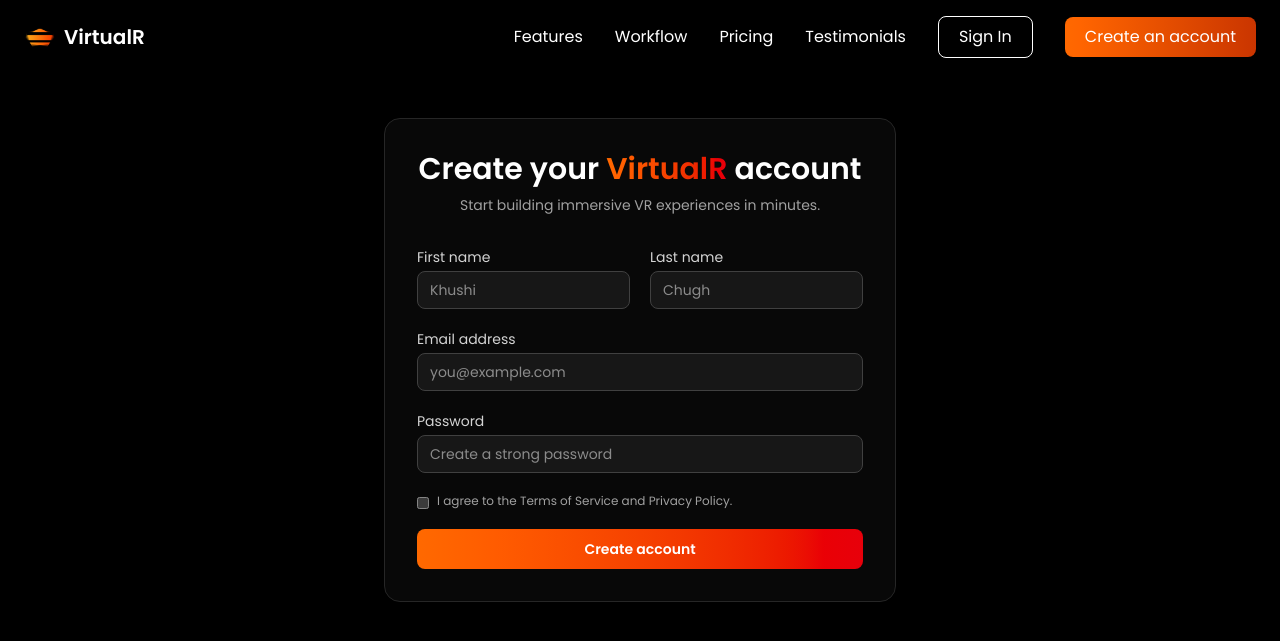
Repository: Khushichugh14/Virtualab
Page: /create-account
An editor plug-in stored every save of this project. The page is shown before and after the next save, followed by the edit.
The browser window is 1280 px wide. The pictures show the whole page.
The project was rebuilt for these pictures with package versions that can differ from the ones it lists, and the page was loaded fresh each time. Also part of the build but not shown: vite.config.js, src/pages/StartFree.jsx, src/pages/Documentation.jsx, src/pages/SignIn.jsx, src/components/HeroSection.jsx, src/components/FeatureSection.jsx, src/components/Workflow.jsx, src/components/Pricing.jsx and 3 more. Imported but missing from the stored project, and not drawn on this page: src/assets/video1.mp4, src/assets/video2.mp4.

Above is the page before, as saved 2025-12-10 12:24:33.

### index.html
<!doctype html>
<html lang="en">
  <head>
    <meta charset="UTF-8" />
    <link rel="icon" type="image/svg+xml" href="/vite.svg" />
    <meta name="viewport" content="width=device-width, initial-scale=1.0" />
    <title>virtular</title>
  </head>
  <body>
    <div id="root"></div>
    <script type="module" src="/src/main.jsx"></script>
  </body>
</html>

### src/main.jsx
import React from "react";
import ReactDOM from "react-dom/client";
import App from "./App";
import { BrowserRouter } from "react-router-dom";
import "./index.css";
import { Toaster } from "react-hot-toast";

ReactDOM.createRoot(document.getElementById("root")).render(
  <React.StrictMode>
    <BrowserRouter>
      <App />
       <Toaster position="top-right" />
    </BrowserRouter>
  </React.StrictMode>
);

### src/App.jsx
// App.jsx
import Navbar from "./components/Navbar";

import StartFree from "./pages/StartFree";
import Documentation from "./pages/Documentation";
import CreateAccount from "./pages/CreatAccount";
import SignIn from "./pages/SignIn";

import { Routes, Route } from "react-router-dom";
import HomePage from "./pages/HomePage";

const App = () => {
  return (
    <>
      <Navbar />

      <Routes>
        {/* Landing page */}
        <Route path="/" element={<HomePage />} />

        {/* Other pages */}
        <Route path="/start-free" element={<StartFree />} />
        <Route path="/documentation" element={<Documentation />} />
        <Route path="/create-account" element={<CreateAccount />} />
        <Route path="/signin" element={<SignIn />} />
      </Routes>
    </>
  );
};

export default App;

### src/index.css
@import url('https://fonts.googleapis.com/css2?family=Poppins:ital,wght@0,100;0,200;0,300;0,400;0,500;0,600;0,700;0,800;0,900;1,100;1,200;1,300;1,400;1,500;1,600;1,700;1,800;1,900&display=swap');

@import "tailwindcss";

:root {
  font-family: "Poppins", sans-serif;
  color-scheme: dark;
}

### src/components/Navbar.jsx
import { Menu, X } from "lucide-react";
import { useState, useEffect } from "react";
import logo from "../assets/logo.png";
import { navItems } from "../constants";
import { Link, useNavigate } from "react-router-dom";

const Navbar = () => {
  const [isMenuOpen, setIsMenuOpen] = useState(false);
  const [isLoggedIn, setIsLoggedIn] = useState(false);
  const navigate = useNavigate();

  // Check login status on initial load
  useEffect(() => {
    const user = localStorage.getItem("user");
    setIsLoggedIn(!!user);
  }, []);

  const handleLogout = () => {
    localStorage.removeItem("user");
    setIsLoggedIn(false);
    navigate("/signin");
  };

  return (
    <nav className="fixed top-0 w-full z-50 bg-black text-white shadow-md">
      <div className="max-w-7xl mx-auto flex justify-between items-center py-4 px-6">
        {/* Logo */}
        <Link to="/" className="flex items-center gap-2">
          <img src={logo} alt="logo" className="h-8" />
          <span className="text-xl font-semibold">VirtualR</span>
        </Link>

        {/* Desktop Menu */}
        <div className="hidden md:flex items-center gap-8">
          {navItems.map((item) => (
            <a
              key={item.href}
              href={item.href} // expects '#features', '#workflow', etc.
              className="hover:text-orange-400 transition"
            >
              {item.label}
            </a>
          ))}

          {/* Auth buttons */}
          {isLoggedIn ? (
            <button
              onClick={handleLogout}
              className="px-5 py-2 border border-red-500 text-red-400 hover:bg-red-600 hover:text-white rounded-lg transition"
            >
              Logout
            </button>
          ) : (
            <>
              <Link
                to="/signin"
                className="px-5 py-2 border border-white rounded-lg hover:bg-white hover:text-black transition"
              >
                Sign In
              </Link>

              <Link
                to="/create-account"
                className="px-5 py-2 bg-gradient-to-r from-orange-500 to-orange-700 rounded-lg"
              >
                Create an account
              </Link>
            </>
          )}
        </div>

        {/* Mobile menu toggle */}
        <button
          className="md:hidden inline-flex items-center justify-center rounded-md p-2 focus:outline-none"
          onClick={() => setIsMenuOpen((prev) => !prev)}
          aria-label="Toggle navigation"
        >
          {isMenuOpen ? <X size={24} /> : <Menu size={24} />}
        </button>
      </div>

      {/* Mobile Menu */}
      {isMenuOpen && (
        <div className="md:hidden border-t border-neutral-800 bg-black px-6 pb-4">
          <div className="flex flex-col gap-4 mt-4">
            {navItems.map((item) => (
              <a
                key={item.href}
                href={item.href}
                className="hover:text-orange-400 transition"
                onClick={() => setIsMenuOpen(false)}
              >
                {item.label}
              </a>
            ))}

            {isLoggedIn ? (
              <button
                className="mt-2 px-4 py-2 border border-red-500 text-red-400 rounded-lg"
                onClick={() => {
                  handleLogout();
                  setIsMenuOpen(false);
                }}
              >
                Logout
              </button>
            ) : (
              <>
                <Link
                  to="/signin"
                  className="mt-2 px-4 py-2 border border-white rounded-lg text-center"
                  onClick={() => setIsMenuOpen(false)}
                >
                  Sign In
                </Link>
                <Link
                  to="/create-account"
                  className="mt-2 px-4 py-2 bg-gradient-to-r from-orange-500 to-orange-700 rounded-lg text-center"
                  onClick={() => setIsMenuOpen(false)}
                >
                  Create an account
                </Link>
              </>
            )}
          </div>
        </div>
      )}
    </nav>
  );
};

export default Navbar;

### src/pages/CreatAccount.jsx
import { useState } from "react";
import { useNavigate } from "react-router-dom";
import toast from "react-hot-toast";

const ACCOUNT_KEY = "virtualrAccount";   // persistent account
const SESSION_KEY = "virtualrSession";   // current login session


const CreateAccount = () => {
  const [formData, setFormData] = useState({
    firstName: "",
    lastName: "",
    email: "",
    password: "",
    terms: false,
  });

  const [errors, setErrors] = useState({});
  const [isLoading, setIsLoading] = useState(false);
  const navigate = useNavigate();

  const handleChange = (e) => {
    const { name, value, type, checked } = e.target;

    setFormData((prev) => ({
      ...prev,
      [name]: type === "checkbox" ? checked : value,
    }));

    setErrors((prev) => ({ ...prev, [name]: "" }));
  };

  const validate = () => {
    const newErrors = {};

    if (!formData.firstName.trim()) newErrors.firstName = "First name is required";
    if (!formData.lastName.trim()) newErrors.lastName = "Last name is required";

    if (!formData.email.trim()) {
      newErrors.email = "Email is required";
    } else if (!/^[^\s@]+@[^\s@]+\.[^\s@]+$/.test(formData.email)) {
      newErrors.email = "Enter a valid email";
    }

    if (!formData.password) {
      newErrors.password = "Password is required";
    } else if (formData.password.length < 6) {
      newErrors.password = "Password must be at least 6 characters";
    }

    if (!formData.terms) {
      newErrors.terms = "You must agree to the terms";
    }

    setErrors(newErrors);
    return Object.keys(newErrors).length === 0;
  };

  const handleSubmit = (e) => {
    e.preventDefault();

    if (!validate()) {
      toast.error("Please fix the errors in the form.");
      return;
    }

    setIsLoading(true);

    setTimeout(() => {
      const account = {
        firstName: formData.firstName,
        lastName: formData.lastName,
        email: formData.email,
        password: formData.password,
      };

      // save persistent account
      localStorage.setItem(ACCOUNT_KEY, JSON.stringify(account));

      // log user in (session)
      localStorage.setItem(SESSION_KEY, JSON.stringify({ email: account.email }));

      toast.success("Account created successfully!");
      setIsLoading(false);

      navigate("/"); // home, navbar will now show Logout
    }, 800);
  };

  return (

    <div className="min-h-screen bg-black flex items-center justify-center px-4">
      <div className="w-full max-w-lg rounded-2xl border border-neutral-800 bg-neutral-950/80 p-8 shadow-xl">
        <h2 className="text-2xl sm:text-3xl font-semibold text-center">
          Create your{" "}
          <span className="bg-gradient-to-r from-orange-500 to-red-600 text-transparent bg-clip-text">
            VirtualR
          </span>{" "}
          account
        </h2>
        <p className="mt-2 text-center text-neutral-400 text-sm">
          Start building immersive VR experiences in minutes.
        </p>

        <form onSubmit={handleSubmit} className="mt-8 grid gap-5 sm:grid-cols-2">
          <div className="sm:col-span-1">
            <label className="block text-sm text-neutral-300 mb-1">
              First name
            </label>
            <input
              type="text"
              name="firstName"
              className="w-full rounded-lg border border-neutral-700 bg-neutral-900 px-3 py-2 text-sm outline-none focus:border-orange-500"
              placeholder="Khushi"
              value={formData.firstName}
              onChange={handleChange}
            />
            {errors.firstName && (
              <p className="mt-1 text-xs text-red-400">{errors.firstName}</p>
            )}
          </div>

          <div className="sm:col-span-1">
            <label className="block text-sm text-neutral-300 mb-1">
              Last name
            </label>
            <input
              type="text"
              name="lastName"
              className="w-full rounded-lg border border-neutral-700 bg-neutral-900 px-3 py-2 text-sm outline-none focus:border-orange-500"
              placeholder="Chugh"
              value={formData.lastName}
              onChange={handleChange}
            />
            {errors.lastName && (
              <p className="mt-1 text-xs text-red-400">{errors.lastName}</p>
            )}
          </div>

          <div className="sm:col-span-2">
            <label className="block text-sm text-neutral-300 mb-1">
              Email address
            </label>
            <input
              type="email"
              name="email"
              className="w-full rounded-lg border border-neutral-700 bg-neutral-900 px-3 py-2 text-sm outline-none focus:border-orange-500"
              placeholder="you@example.com"
              value={formData.email}
              onChange={handleChange}
            />
            {errors.email && (
              <p className="mt-1 text-xs text-red-400">{errors.email}</p>
            )}
          </div>

          <div className="sm:col-span-2">
            <label className="block text-sm text-neutral-300 mb-1">
              Password
            </label>
            <input
              type="password"
              name="password"
              className="w-full rounded-lg border border-neutral-700 bg-neutral-900 px-3 py-2 text-sm outline-none focus:border-orange-500"
              placeholder="Create a strong password"
              value={formData.password}
              onChange={handleChange}
            />
            {errors.password && (
              <p className="mt-1 text-xs text-red-400">{errors.password}</p>
            )}
          </div>

          <div className="sm:col-span-2 flex items-start gap-2 text-xs text-neutral-400">
            <input
              id="terms"
              name="terms"
              type="checkbox"
              className="mt-1 h-3 w-3 rounded border-neutral-600 bg-neutral-900"
              checked={formData.terms}
              onChange={handleChange}
            />
            <label htmlFor="terms">
              I agree to the Terms of Service and Privacy Policy.
            </label>
          </div>
          {errors.terms && (
            <p className="sm:col-span-2 text-xs text-red-400">{errors.terms}</p>
          )}

          <div className="sm:col-span-2">
            <button
              type="submit"
              disabled={isLoading}
              className="w-full flex items-center justify-center gap-2 rounded-lg bg-gradient-to-r from-orange-500 to-red-600 py-2.5 text-sm font-semibold hover:scale-[1.02] transition-transform disabled:opacity-60 disabled:cursor-not-allowed"
            >
              {isLoading && (
                <span className="h-4 w-4 border-2 border-white/70 border-t-transparent rounded-full animate-spin" />
              )}
              {isLoading ? "Creating account..." : "Create account"}
            </button>
          </div>
        </form>
      </div>
    </div>
  );
};

export default CreateAccount;

### src/constants/index.jsx

import { BotMessageSquare } from "lucide-react";
import { BatteryCharging } from "lucide-react";
import { Fingerprint } from "lucide-react";
import { ShieldHalf } from "lucide-react";
import { PlugZap } from "lucide-react";
import { GlobeLock } from "lucide-react";

import user1 from "../assets/profile-pictures/user1.jpg";
import user2 from "../assets/profile-pictures/user2.jpg";
import user3 from "../assets/profile-pictures/user3.jpg";
import user4 from "../assets/profile-pictures/user4.jpg";
import user5 from "../assets/profile-pictures/user5.jpg";
import user6 from "../assets/profile-pictures/user6.jpg";

export const navItems = [
  { label: "Features", id: "featuresection" },
  { label: "Workflow", id: "workflow" },
  { label: "Pricing", id: "pricing" },
  { label: "Testimonials", id: "testimonials" },
];



export const testimonials = [
  {
    user: "John Doe",
    company: "Stellar Solutions",
    image: user1,
    text: "I am extremely satisfied with the services provided. The team was responsive, professional, and delivered results beyond my expectations.",
  },
  {
    user: "Jane Smith",
    company: "Blue Horizon Technologies",
    image: user2,
    text: "I couldn't be happier with the outcome of our project. The team's creativity and problem-solving skills were instrumental in bringing our vision to life",
  },
  {
    user: "David Johnson",
    company: "Quantum Innovations",
    image: user3,
    text: "Working with this company was a pleasure. Their attention to detail and commitment to excellence are commendable. I would highly recommend them to anyone looking for top-notch service.",
  },
  {
    user: "Ronee Brown",
    company: "Fusion Dynamics",
    image: user4,
    text: "Working with the team at XYZ Company was a game-changer for our project. Their attention to detail and innovative solutions helped us achieve our goals faster than we thought possible. We are grateful for their expertise and professionalism!",
  },
  {
    user: "Michael Wilson",
    company: "Visionary Creations",
    image: user5,
    text: "I am amazed by the level of professionalism and dedication shown by the team. They were able to exceed our expectations and deliver outstanding results.",
  },
  {
    user: "Emily Davis",
    company: "Synergy Systems",
    image: user6,
    text: "The team went above and beyond to ensure our project was a success. Their expertise and dedication are unmatched. I look forward to working with them again in the future.",
  },
];

export const features = [
  {
    icon: <BotMessageSquare />,
    text: "Drag-and-Drop Interface",
    description:
      "Easily design and arrange your VR environments with a user-friendly drag-and-drop interface.",
  },
  {
    icon: <Fingerprint />,
    text: "Multi-Platform Compatibility",
    description:
      "Build VR applications that run seamlessly across multiple platforms, including mobile, desktop, and VR headsets.",
  },
  {
    icon: <ShieldHalf />,
    text: "Built-in Templates",
    description:
      "Jumpstart your VR projects with a variety of built-in templates for different types of applications and environments.",
  },
  {
    icon: <BatteryCharging />,
    text: "Real-Time Preview",
    description:
      "Preview your VR application in real-time as you make changes, allowing for quick iterations and adjustments.",
  },
  {
    icon: <PlugZap />,
    text: "Collaboration Tools",
    description:
      "Work together with your team in real-time on VR projects, enabling seamless collaboration and idea sharing.",
  },
  {
    icon: <GlobeLock />,
    text: "Analytics Dashboard",
    description:
      "Gain valuable insights into user interactions and behavior within your VR applications with an integrated analytics dashboard.",
  },
];

export const checklistItems = [
  {
    title: "Code merge made easy",
    description:
      "Track the performance of your VR apps and gain insights into user behavior.",
  },
  {
    title: "Review code without worry",
    description:
      "Track the performance of your VR apps and gain insights into user behavior.",
  },
  {
    title: "AI Assistance to reduce time",
    description:
      "Track the performance of your VR apps and gain insights into user behavior.",
  },
  {
    title: "Share work in minutes",
    description:
      "Track the performance of your VR apps and gain insights into user behavior.",
  },
];

export const pricingOptions = [
  {
    title: "Free",
    price: "$0",
    features: [
      "Private board sharing",
      "5 Gb Storage",
      "Web Analytics",
      "Private Mode",
    ],
  },
  {
    title: "Pro",
    price: "$10",
    features: [
      "Private board sharing",
      "10 Gb Storage",
      "Web Analytics (Advance)",
      "Private Mode",
    ],
  },
  {
    title: "Enterprise",
    price: "$200",
    features: [
      "Private board sharing",
      "Unlimited Storage",
      "High Performance Network",
      "Private Mode",
    ],
  },
];

export const resourcesLinks = [
  { href: "#", text: "Getting Started" },
  { href: "#", text: "Documentation" },
  { href: "#", text: "Tutorials" },
  { href: "#", text: "API Reference" },
  { href: "#", text: "Community Forums" },
];

export const platformLinks = [
  { href: "#", text: "Features" },
  { href: "#", text: "Supported Devices" },
  { href: "#", text: "System Requirements" },
  { href: "#", text: "Downloads" },
  { href: "#", text: "Release Notes" },
];

export const communityLinks = [
  { href: "#", text: "Events" },
  { href: "#", text: "Meetups" },
  { href: "#", text: "Conferences" },
  { href: "#", text: "Hackathons" },
  { href: "#", text: "Jobs" },
];

After the next save:
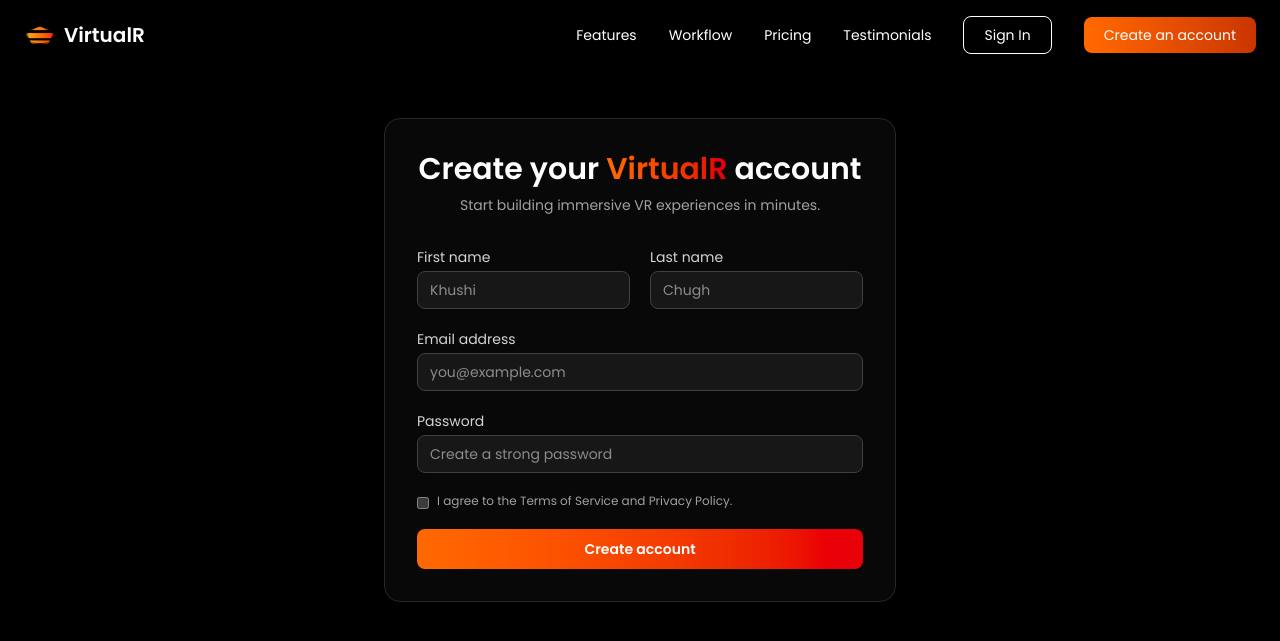
Saved 59 s later.
--- a/src/components/Navbar.jsx
+++ b/src/components/Navbar.jsx
@@ -9,16 +9,41 @@ const Navbar = () => {
   const [isLoggedIn, setIsLoggedIn] = useState(false);
   const navigate = useNavigate();
 
-  // Check login status on initial load
+  // check login once when navbar mounts
   useEffect(() => {
     const user = localStorage.getItem("user");
     setIsLoggedIn(!!user);
   }, []);
 
   const handleLogout = () => {
+    // only clear login session
     localStorage.removeItem("user");
     setIsLoggedIn(false);
     navigate("/signin");
+  };
+
+  const handleNavClick = (href) => {
+    // close mobile menu when clicking any nav item
+    setIsMenuOpen(false);
+
+    // section links like "#features"
+    if (href.startsWith("#")) {
+      // make sure we are on homepage so sections exist
+      navigate("/");
+
+      // wait for page render then scroll
+      setTimeout(() => {
+        const id = href.slice(1);
+        const el = document.getElementById(id);
+        if (el) {
+          el.scrollIntoView({ behavior: "smooth" });
+        }
+      }, 0);
+      return;
+    }
+
+    // normal route (e.g. /start-free, /docs)
+    navigate(href);
   };
 
   return (
@@ -30,97 +55,90 @@ const Navbar = () => {
           <span className="text-xl font-semibold">VirtualR</span>
         </Link>
 
-        {/* Desktop Menu */}
+        {/* Desktop menu */}
         <div className="hidden md:flex items-center gap-8">
           {navItems.map((item) => (
-            <a
+            <button
               key={item.href}
-              href={item.href} // expects '#features', '#workflow', etc.
-              className="hover:text-orange-400 transition"
+              onClick={() => handleNavClick(item.href)}
+              className="hover:text-orange-400 transition text-sm"
             >
               {item.label}
-            </a>
+            </button>
           ))}
 
-          {/* Auth buttons */}
-          {isLoggedIn ? (
+          {!isLoggedIn ? (
+            <>
+              <button
+                onClick={() => navigate("/signin")}
+                className="px-5 py-2 border border-white rounded-lg hover:bg-white hover:text-black transition text-sm"
+              >
+                Sign In
+              </button>
+
+              <button
+                onClick={() => navigate("/create-account")}
+                className="px-5 py-2 bg-gradient-to-r from-orange-500 to-orange-700 rounded-lg text-sm"
+              >
+                Create an account
+              </button>
+            </>
+          ) : (
             <button
               onClick={handleLogout}
-              className="px-5 py-2 border border-red-500 text-red-400 hover:bg-red-600 hover:text-white rounded-lg transition"
+              className="px-5 py-2 border border-red-500 text-red-400 hover:bg-red-600 hover:text-white rounded-lg transition text-sm"
             >
               Logout
             </button>
-          ) : (
-            <>
-              <Link
-                to="/signin"
-                className="px-5 py-2 border border-white rounded-lg hover:bg-white hover:text-black transition"
-              >
-                Sign In
-              </Link>
-
-              <Link
-                to="/create-account"
-                className="px-5 py-2 bg-gradient-to-r from-orange-500 to-orange-700 rounded-lg"
-              >
-                Create an account
-              </Link>
-            </>
           )}
         </div>
 
         {/* Mobile menu toggle */}
         <button
-          className="md:hidden inline-flex items-center justify-center rounded-md p-2 focus:outline-none"
+          className="md:hidden inline-flex items-center justify-center p-2 rounded-md border border-neutral-700"
           onClick={() => setIsMenuOpen((prev) => !prev)}
           aria-label="Toggle navigation"
         >
-          {isMenuOpen ? <X size={24} /> : <Menu size={24} />}
+          {isMenuOpen ? <X size={20} /> : <Menu size={20} />}
         </button>
       </div>
 
-      {/* Mobile Menu */}
+      {/* Mobile dropdown */}
       {isMenuOpen && (
-        <div className="md:hidden border-t border-neutral-800 bg-black px-6 pb-4">
-          <div className="flex flex-col gap-4 mt-4">
+        <div className="md:hidden border-t border-neutral-800 bg-black">
+          <div className="px-6 py-4 flex flex-col gap-4">
             {navItems.map((item) => (
-              <a
+              <button
                 key={item.href}
-                href={item.href}
-                className="hover:text-orange-400 transition"
-                onClick={() => setIsMenuOpen(false)}
+                onClick={() => handleNavClick(item.href)}
+                className="text-left w-full hover:text-orange-400 transition text-sm"
               >
                 {item.label}
-              </a>
+              </button>
             ))}
 
-            {isLoggedIn ? (
+            {!isLoggedIn ? (
+              <>
+                <button
+                  onClick={() => handleNavClick("/signin")}
+                  className="mt-2 w-full px-5 py-2 border border-white rounded-lg hover:bg-white hover:text-black transition text-sm"
+                >
+                  Sign In
+                </button>
+                <button
+                  onClick={() => handleNavClick("/create-account")}
+                  className="w-full px-5 py-2 bg-gradient-to-r from-orange-500 to-orange-700 rounded-lg text-sm"
+                >
+                  Create an account
+                </button>
+              </>
+            ) : (
               <button
-                className="mt-2 px-4 py-2 border border-red-500 text-red-400 rounded-lg"
-                onClick={() => {
-                  handleLogout();
-                  setIsMenuOpen(false);
-                }}
+                onClick={handleLogout}
+                className="mt-2 w-full px-5 py-2 border border-red-500 text-red-400 hover:bg-red-600 hover:text-white rounded-lg transition text-sm"
               >
                 Logout
               </button>
-            ) : (
-              <>
-                <Link
-                  to="/signin"
-                  className="mt-2 px-4 py-2 border border-white rounded-lg text-center"
-                  onClick={() => setIsMenuOpen(false)}
-                >
-                  Sign In
-                </Link>
-                <Link
-                  to="/create-account"
-                  className="mt-2 px-4 py-2 bg-gradient-to-r from-orange-500 to-orange-700 rounded-lg text-center"
-                  onClick={() => setIsMenuOpen(false)}
-                >
-                  Create an account
-                </Link>
-              </>
             )}
           </div>
         </div>
